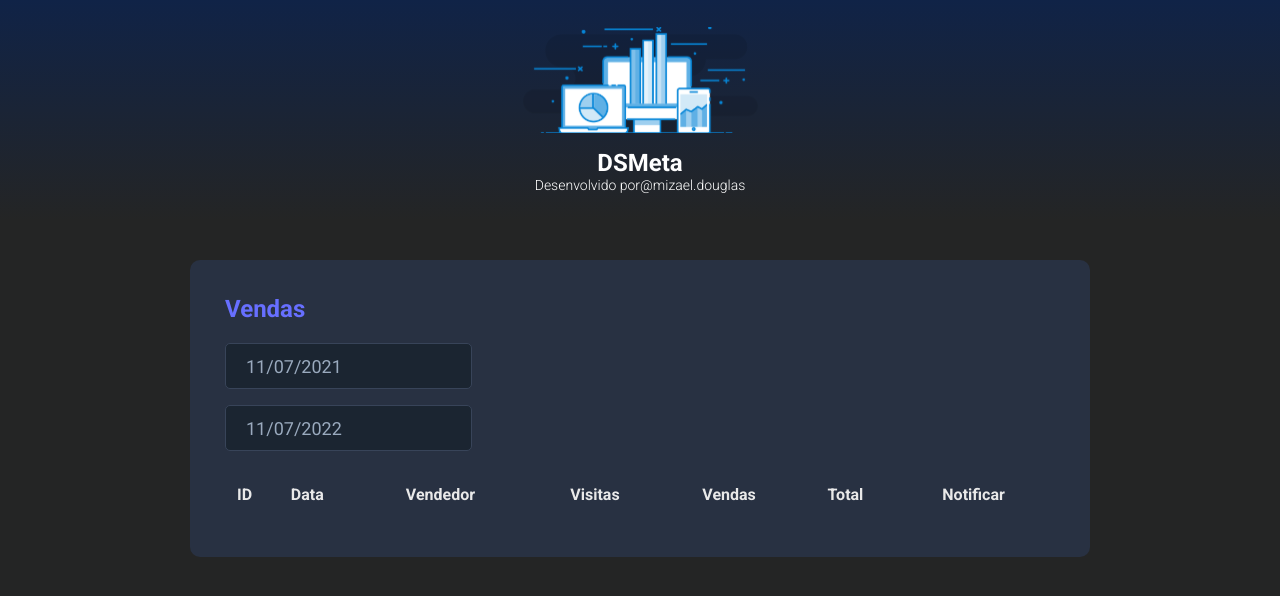
Repository: Mizaeldouglas/ds-Meta
Page: / (app in frontend/)
An editor plug-in stored every save of this project. The page is shown before and after the next save, followed by the edit.
The browser window is 1280 px wide. The pictures show the whole page.
The page's requests for data from a server got no answer. The project was rebuilt for these pictures with package versions that can differ from the ones it lists, and the page was loaded fresh each time. No one was signed in, and anything a server would have sent is missing. Also part of the build but not shown: frontend/vite.config.ts, frontend/src/components/NotificationButton/styles.css, frontend/src/components/NotificationButton/index.tsx.

Above is the page before, as saved 2022-07-15 11:10:38.

After the next save:
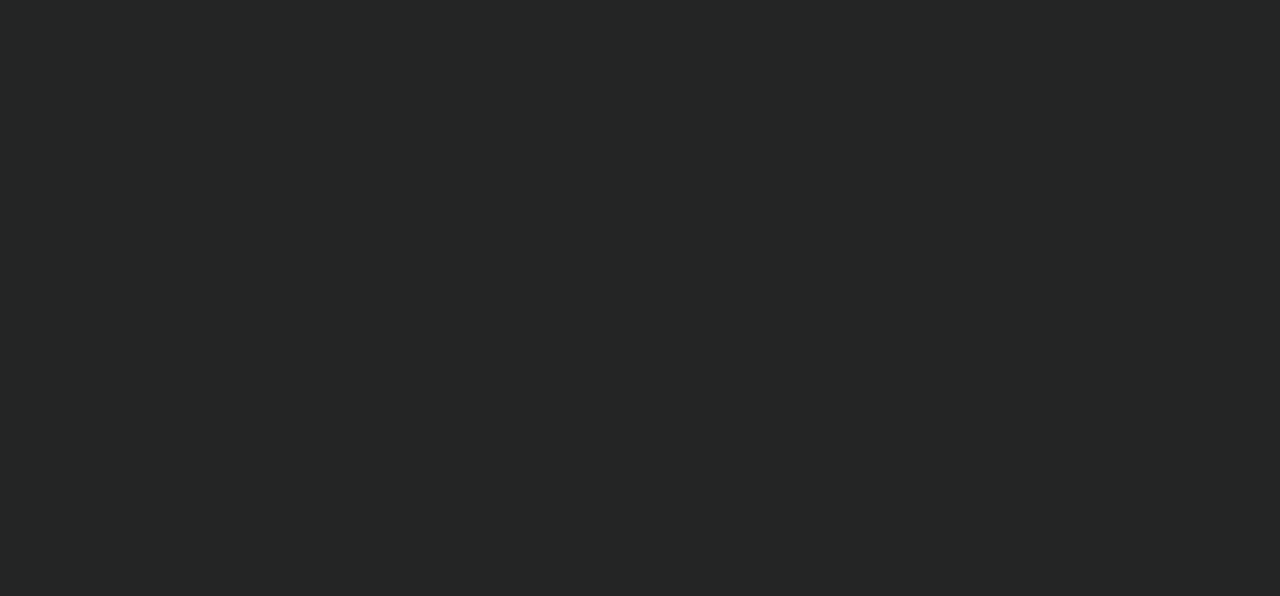
Saved 8 min 22 s later.
--- a/frontend/src/App.tsx
+++ b/frontend/src/App.tsx
@@ -1,10 +1,12 @@
 import Header from "./components/Header";
 import NotificationButton from "./components/NotificationButton";
 import SalesCard from "./components/SalesCard";
+import { ToastContainer } from 'react-toastify';
+import 'react-toastify/dist/ReactToastify.css';
 
 function App() {
   return (
-    <>
+    <ToastContainer>
       <Header />
       <main>
         <section id="sales">
@@ -13,7 +15,7 @@
 		  </div>
         </section>
       </main>
-    </>
+    </ToastContainer>
   );
 }
 

After the save that followed:
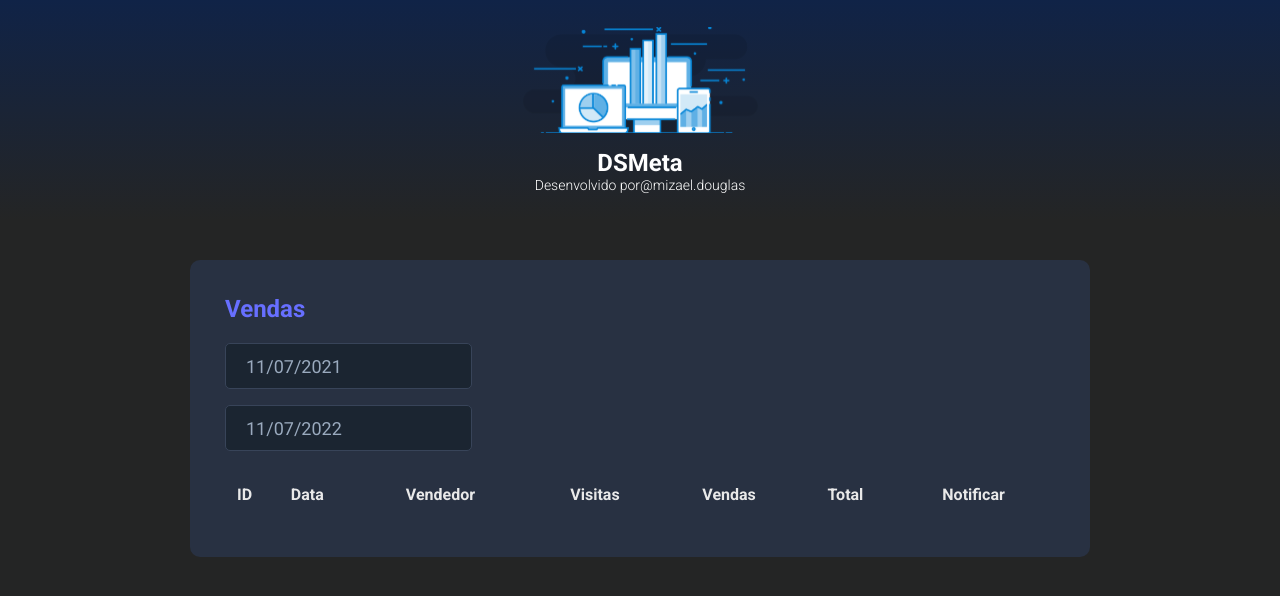
Saved 6 s later.
--- a/frontend/src/App.tsx
+++ b/frontend/src/App.tsx
@@ -6,7 +6,7 @@
 
 function App() {
   return (
-    <ToastContainer>
+    <>
       <Header />
       <main>
         <section id="sales">
@@ -15,7 +15,7 @@
 		  </div>
         </section>
       </main>
-    </ToastContainer>
+    </>
   );
 }
 
